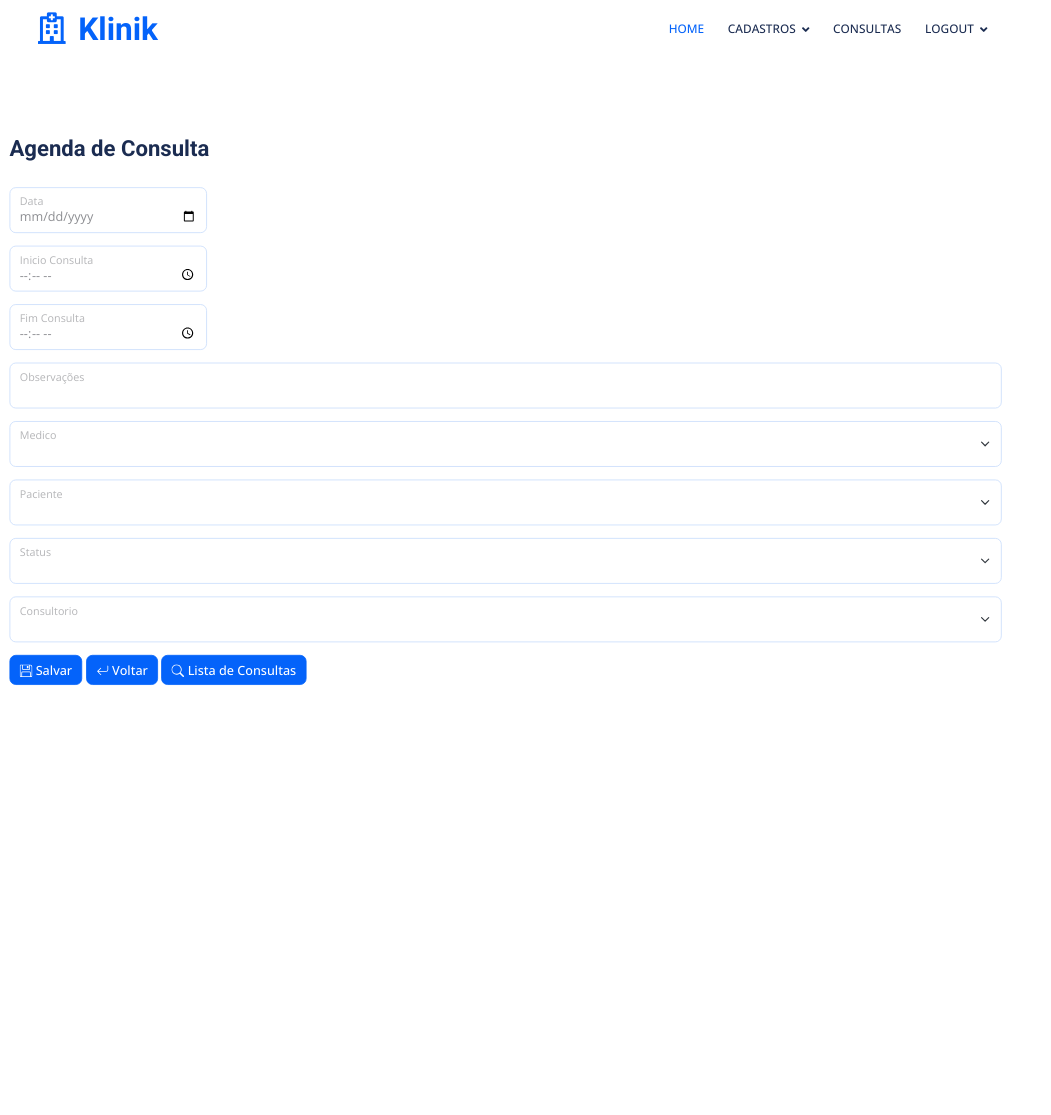
Repository: henrickrufino91/AgendaConsultas
Page: http://localhost/consulta/novaConsulta
These files come from the project's save history. The page is drawn as it stood at one moment and after the next save; the edit follows.
The browser window is 1280 px wide. The page is 1331 px wide, so the pictures cover 1331 px, including what lies to the right of the window. The pictures show the whole page, at 79% of full size.
Some web libraries are served in a nearby version. The page is this project's Thymeleaf template; nobody is signed in. The template is opened directly, without the code that normally fills it, so the values that code supplies are empty.

Above is the page before, as saved 2024-12-27 03:51:36.

After the next save:
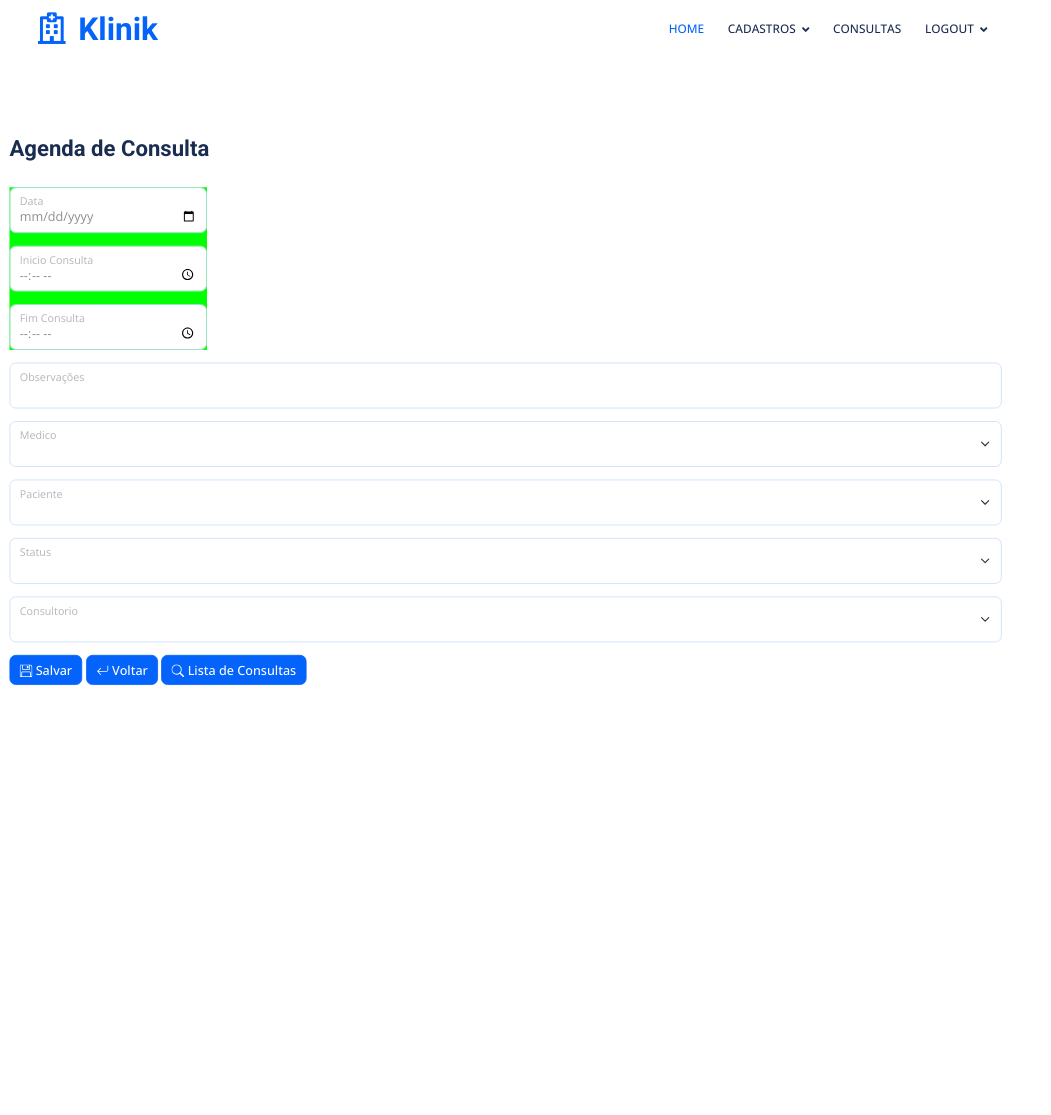
Saved 18 s later.
--- a/clinica/src/main/resources/templates/consulta/novaConsulta.html
+++ b/clinica/src/main/resources/templates/consulta/novaConsulta.html
@@ -111,7 +111,7 @@
 
 											<br>
 
-											<div style="width: 250px; background-color:" >
+											<div style="width: 250px; background-color:lime;" >
 
                                             <div class="form-floating mb-3" id="a1">
                                                 <input class="form-control" th:field="*{dataConsulta}" id="inputEmail" type="date" />
